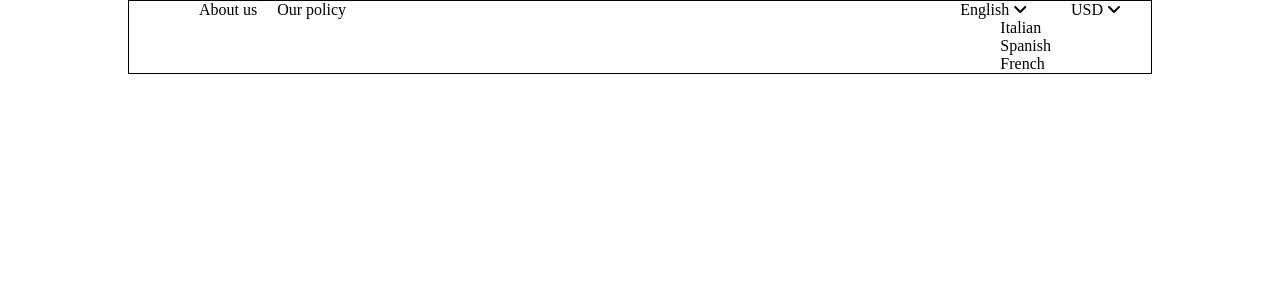
Repository: jacoporm1989/studioFlexbox
Page: FLEXBOX/header+navbar+hero+cards/index.html
These files come from the project's save history. The page is drawn as it stood at one moment and after the next save; the edit follows.
The browser window is 1280 px wide. The pictures show the whole page.

Above is the page before, as saved 2026-06-17 18:20:56.

After the next save:
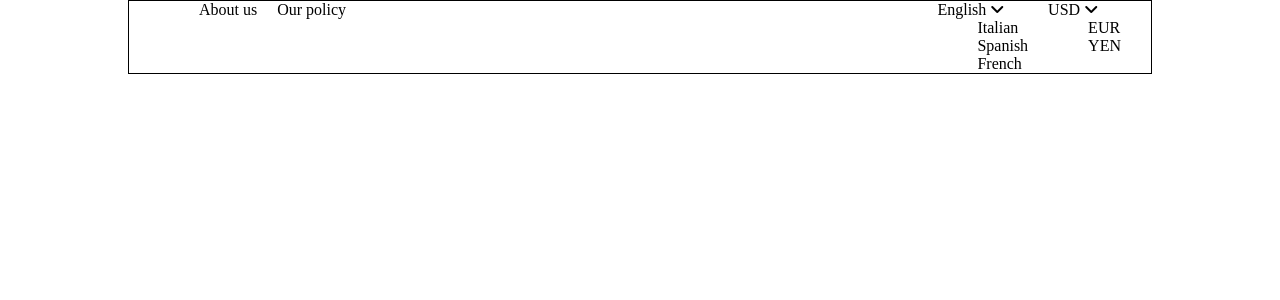
Saved 43 s later.
--- a/FLEXBOX/header+navbar+hero+cards/index.html
+++ b/FLEXBOX/header+navbar+hero+cards/index.html
@@ -34,6 +34,10 @@
 
                     <li>
                         <p>USD <i class="fa-solid fa-angle-down"></i><i class="fa-solid fa-angle-up"></i></p>
+                        <ul>
+                            <li>EUR</li>
+                            <li>YEN</li>
+                        </ul>
                     </li>
                 </ul>
 
